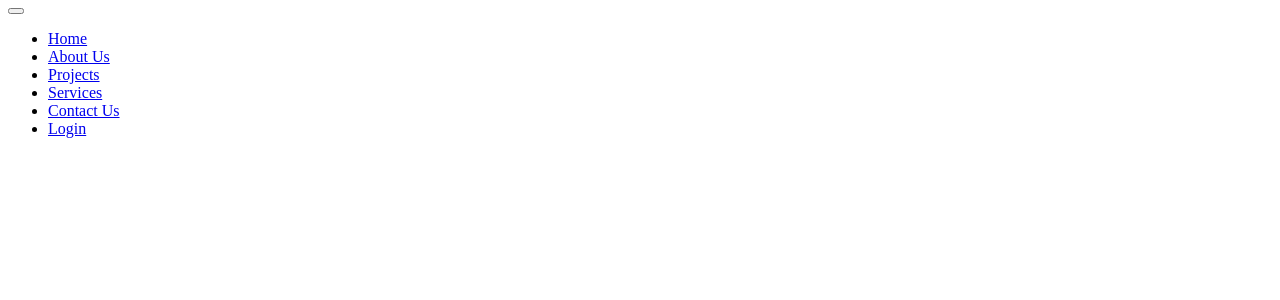
Repository: vans12345678/WEBD6201-W2021-Week7b
Page: views/content/home.html
The author's editor kept a copy of each file at every save. The page is drawn from the files as they stood at one save, then again after the next save.
The browser window is 1280 px wide. The pictures show the whole page.

Above is the page before, as saved 2021-03-04 20:41:53.

After the next save:
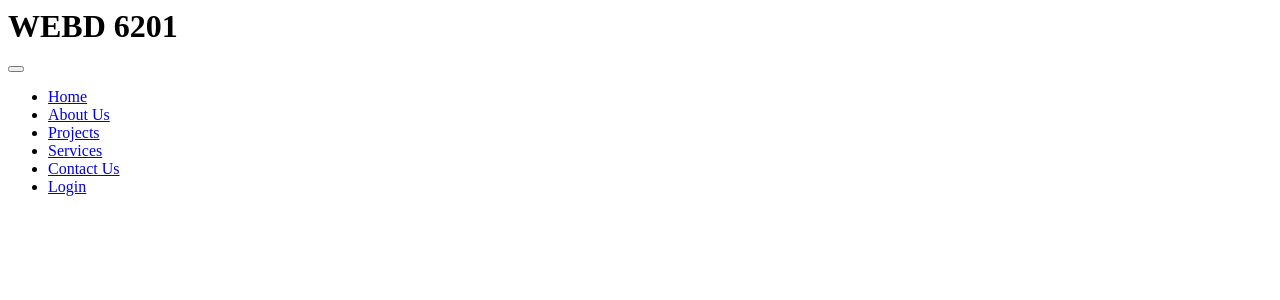
Saved 44 min 57 s later.
--- a/views/content/home.html
+++ b/views/content/home.html
@@ -1,3 +1,4 @@
+<h1>WEBD 6201</h1>
 <div class="container-fluid">
     <button class="navbar-toggler" type="button" data-bs-toggle="collapse" data-bs-target="#navbarSupportedContent" aria-controls="navbarSupportedContent" aria-expanded="false" aria-label="Toggle navigation">
       <span class="navbar-toggler-icon"></span>
